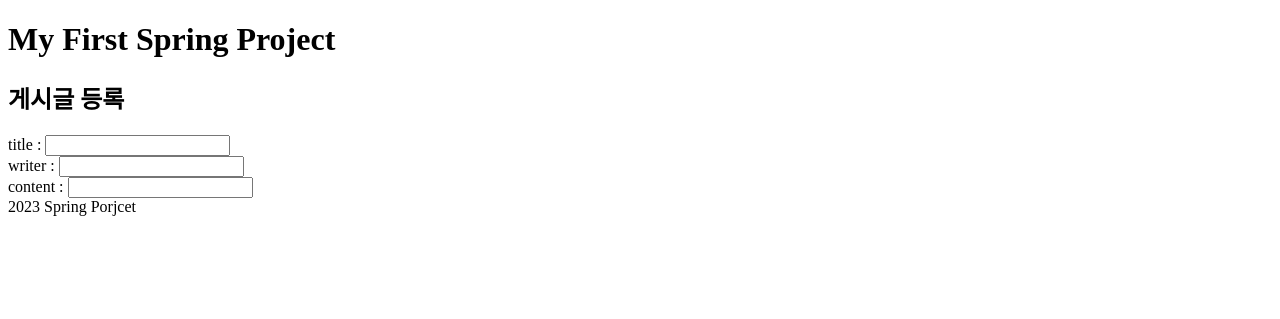
Repository: Leesunghoon1/homeSTS
Page: http://localhost/spring_test/WEB-INF/views/board/register.jsp
The author's editor kept a copy of each file at every save. The page is drawn from the files as they stood at one save, then again after the next save.
The browser window is 1280 px wide. The pictures show the whole page.
The page is served by Tomcat 9. Nobody is signed in. Other server files are loaded and not shown. The template is opened directly, without the code that normally fills it, so the values that code supplies are empty.

Above is the page before, as saved 2023-10-11 18:28:30.

### spring_test/src/main/webapp/WEB-INF/views/board/register.jsp
<%@ page language="java" contentType="text/html; charset=UTF-8"
    pageEncoding="UTF-8"%>
    <%@ taglib uri="http://java.sun.com/jsp/jstl/core" prefix="c" %>
<!DOCTYPE html>
<html>
<head>
<meta charset="UTF-8">
<title>Insert title here</title>
</head>
<body>
<jsp:include page="../layout/header.jsp"></jsp:include>
<h2> 게시글 등록 </h2>
<!-- mapping 상태는 get / post 가 별도의 mapping을 가짐 -->
<form action="/board/register" method="post">
	title : <input type="text" name="title"><br>
	writer : <input type="text" name="writer"><br>
	content : <input type="text" name="content"><br>

</form>

<jsp:include page="../layout/footer.jsp"></jsp:include>
</body>
</html>

### spring_test/src/main/webapp/WEB-INF/views/layout/header.jsp
<%@ page language="java" contentType="text/html; charset=UTF-8"
    pageEncoding="UTF-8"%>
    <%@ taglib uri="http://java.sun.com/jsp/jstl/core" prefix="c" %>
<!DOCTYPE html>
<html>
<head>
<meta charset="UTF-8">
<title>Insert title here</title>
</head>
<body>
<h1> My First Spring Project </h1>

### spring_test/src/main/webapp/WEB-INF/views/layout/footer.jsp
<%@ page language="java" contentType="text/html; charset=UTF-8"
    pageEncoding="UTF-8"%>

<div>
2023 Spring Porjcet
</div>
</body>
</html>

After the next save:
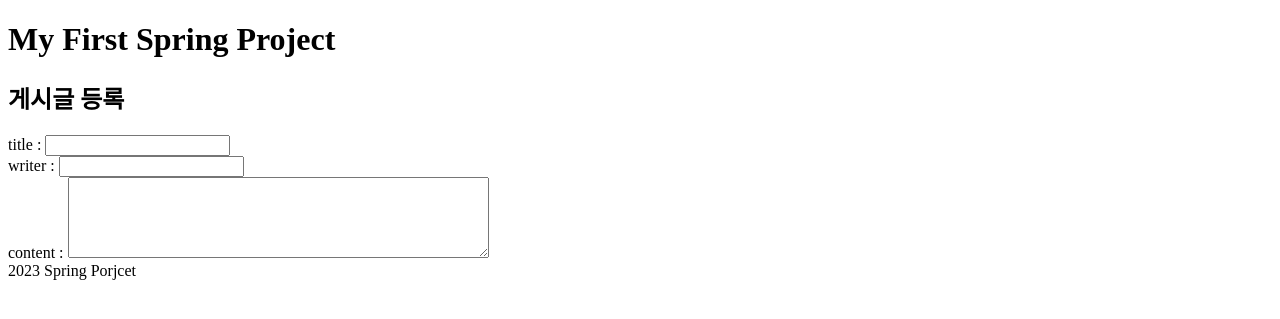
Saved 8 min 20 s later.
--- a/spring_test/src/main/webapp/WEB-INF/views/board/register.jsp
+++ b/spring_test/src/main/webapp/WEB-INF/views/board/register.jsp
@@ -12,9 +12,11 @@
 <h2> 게시글 등록 </h2>
 <!-- mapping 상태는 get / post 가 별도의 mapping을 가짐 -->
 <form action="/board/register" method="post">
+
 	title : <input type="text" name="title"><br>
 	writer : <input type="text" name="writer"><br>
-	content : <input type="text" name="content"><br>
+	content : <textarea rows="5" cols="50" name="content"></textarea><br>
+
 
 </form>
 
